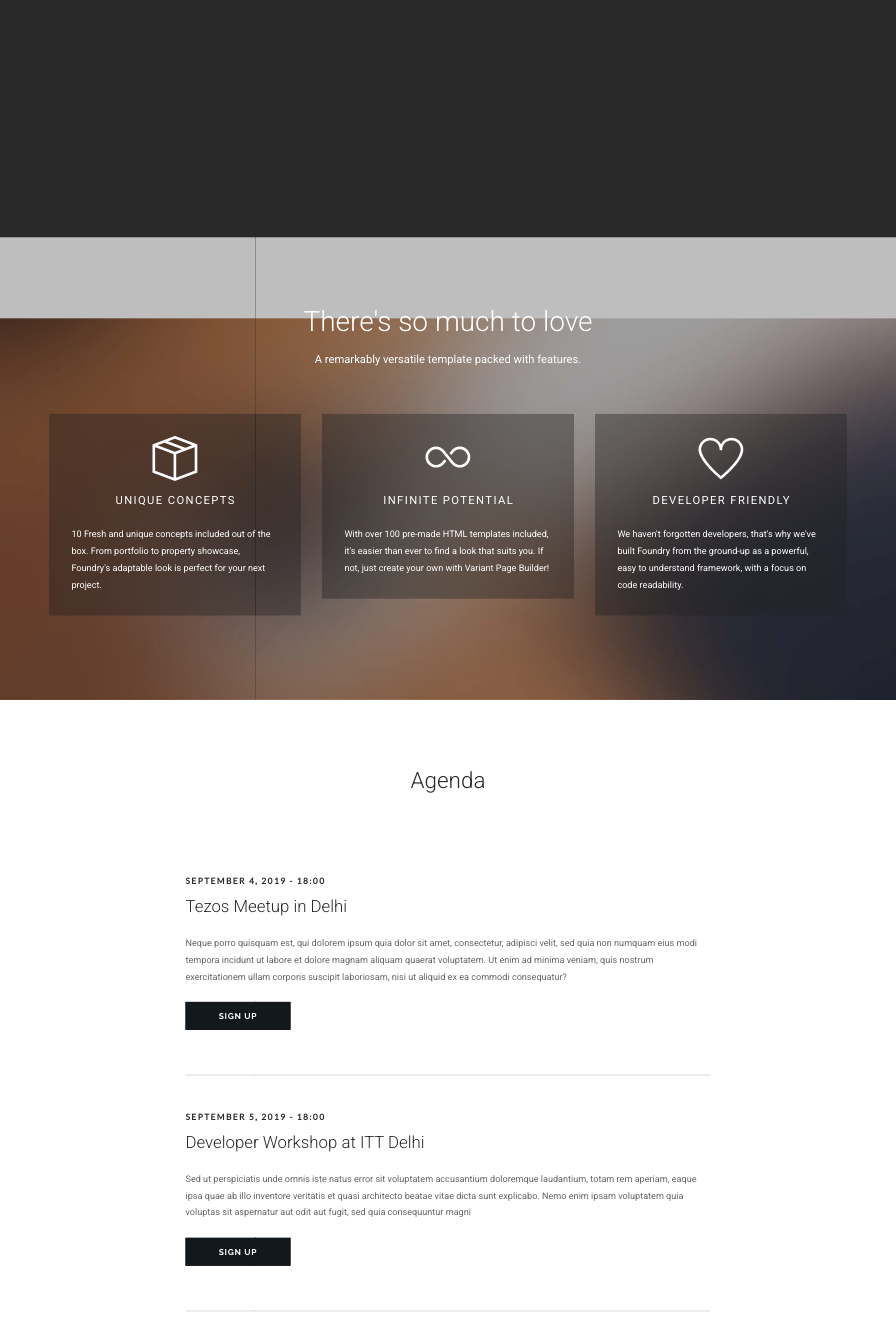
Repository: Tezos-India-Foundation/TIF-Website
Page: Tezos India Website/page.html
The author's editor kept a copy of each file at every save. The page is drawn from the files as they stood at one save, then again after the next save.
The browser window is 1280 px wide. The pictures show the part of the page from y = 726 to 2646 px (the page is 4205 px tall before and 4229 px after), at 70% of full size.
A picture or video elsewhere on the page could not be fetched, so the positions and the page height are approximate.

Above is the page before, as saved 2019-08-13 03:58:09.

After the next save:
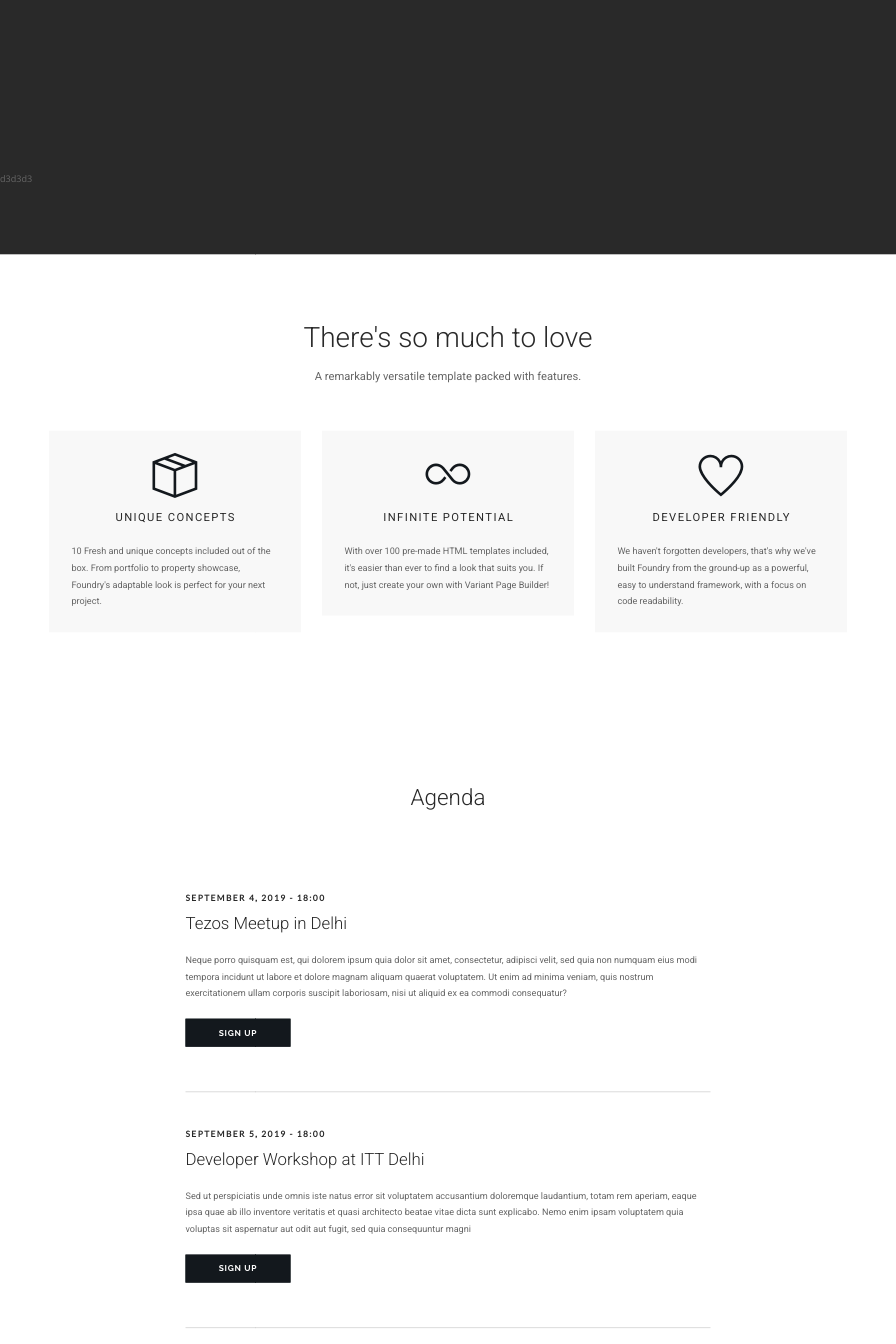
Saved 6 min 10 s later.
--- a/Tezos India Website/page.html
+++ b/Tezos India Website/page.html
@@ -123,12 +123,10 @@
 
 
 			</div>
-
+			d3d3d3
 		</section>
-	</section><section class="image-bg overlay parallax">
-		<div class="background-image-holder">
-			<img alt="Background" class="background-image" src="img/home7.jpg" />
-		</div>
+	</section><section>
+
 		<div class="container">
 			<div class="row">
 				<div class="col-sm-12 text-center">
